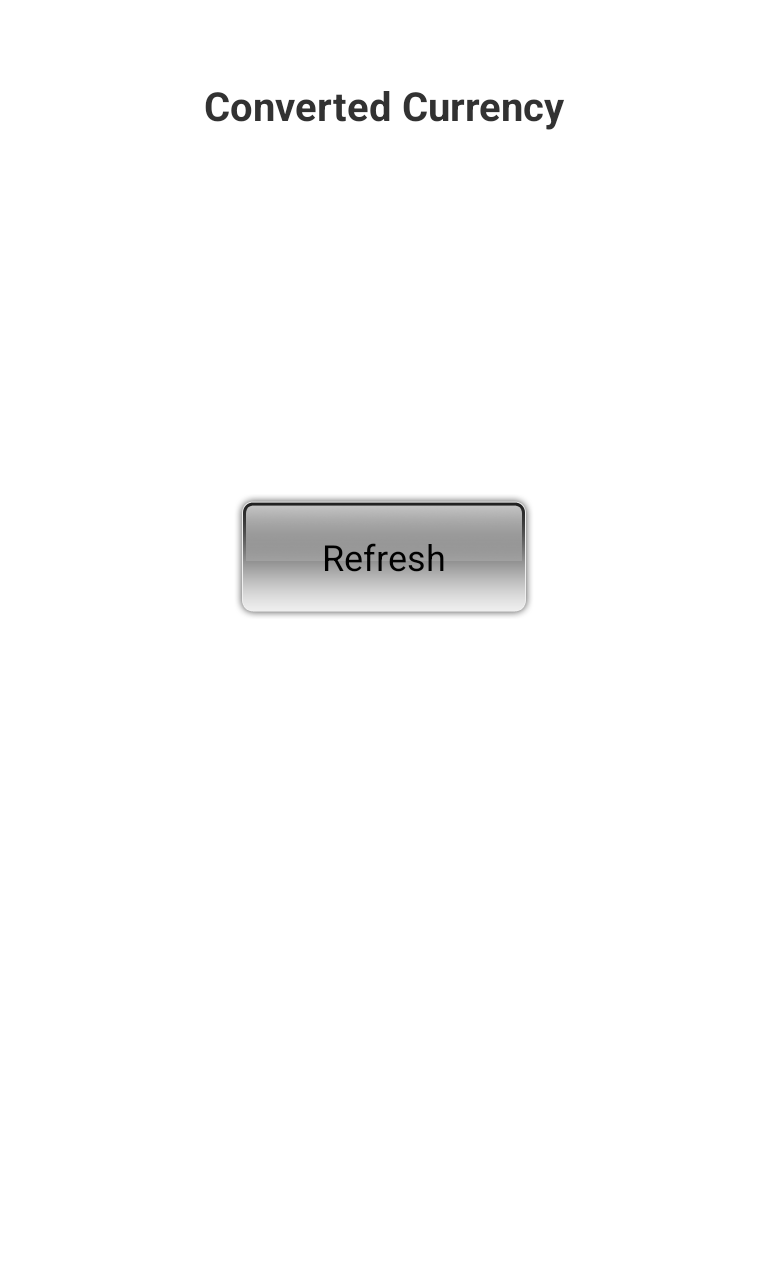
Repository: efreestone/MDF3_Freestone
Layout: ConvertIt/res/layout/activity_main.xml
These files come from the project's save history. The layout is drawn as it stood at one moment and after the next save; the edit follows.
It is drawn on a 768 x 1280 px phone screen (xhdpi) without system bars, with theme AppTheme; the app's code is not run.

Above is the layout before, as saved 2014-07-11 01:35:45.

After the next save:
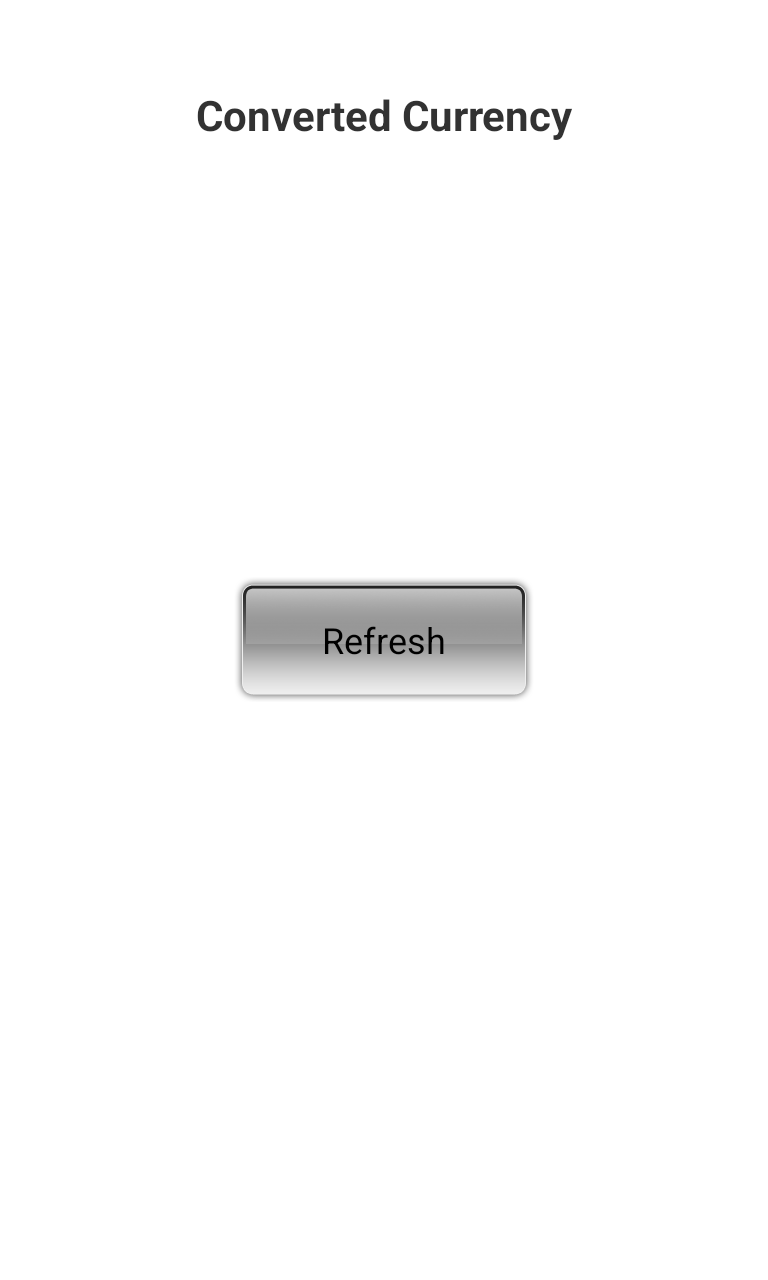
Saved 43 s later.
--- a/ConvertIt/res/layout/activity_main.xml
+++ b/ConvertIt/res/layout/activity_main.xml
@@ -12,6 +12,7 @@
         android:layout_height="wrap_content"
         android:layout_marginTop="20dp"
         android:layout_margin="10dp"
+        android:textSize="17dp"
         android:gravity="center" />
 
     <TextView
@@ -20,7 +21,7 @@
         android:layout_height="wrap_content"
         android:gravity="center"
         android:textStyle="bold"
-        android:textSize="20dp"
+        android:textSize="21dp"
         android:layout_marginBottom="5dp"
         android:text="@string/convertedLabelString"/>
 
@@ -28,54 +29,63 @@
         android:id="@+id/eurTV"
         android:layout_width="match_parent"
         android:layout_height="wrap_content"
+        android:textSize="17dp"
         android:gravity="center" />
 
     <TextView
         android:id="@+id/gbpTV"
         android:layout_width="match_parent"
         android:layout_height="wrap_content"
+        android:textSize="17dp"
         android:gravity="center" />
 
     <TextView
         android:id="@+id/inrTV"
         android:layout_width="match_parent"
         android:layout_height="wrap_content"
+        android:textSize="17dp"
         android:gravity="center" />
 
     <TextView
         android:id="@+id/cadTV"
         android:layout_width="match_parent"
         android:layout_height="wrap_content"
+        android:textSize="17dp"
         android:gravity="center" />
 
     <TextView
         android:id="@+id/audTV"
         android:layout_width="match_parent"
         android:layout_height="wrap_content"
+        android:textSize="17dp"
         android:gravity="center" />
 
     <TextView
         android:id="@+id/mxnTV"
         android:layout_width="match_parent"
         android:layout_height="wrap_content"
+        android:textSize="17dp"
         android:gravity="center" />
 
     <TextView
         android:id="@+id/cnyTV"
         android:layout_width="match_parent"
         android:layout_height="wrap_content"
+        android:textSize="17dp"
         android:gravity="center" />
 
     <TextView
         android:id="@+id/myrTV"
         android:layout_width="match_parent"
         android:layout_height="wrap_content"
+        android:textSize="17dp"
         android:gravity="center" />
 
     <TextView
         android:id="@+id/aedTV"
         android:layout_width="match_parent"
         android:layout_height="wrap_content"
+        android:textSize="17dp"
         android:gravity="center" />
 
     <Button
